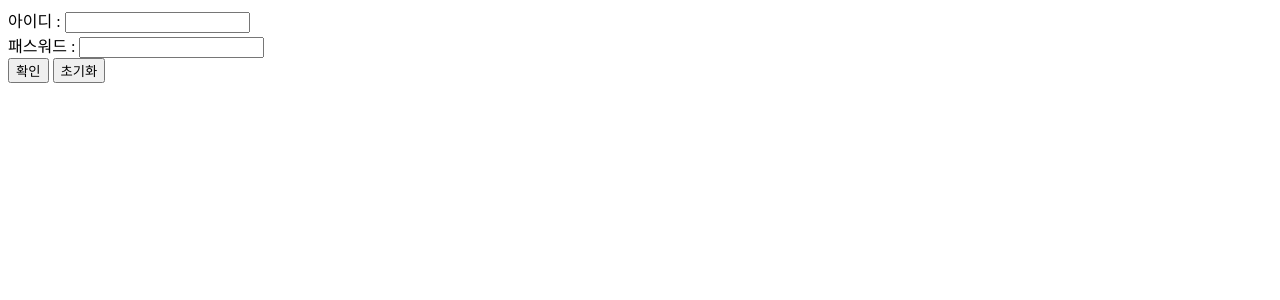
Repository: song-tata/jsp_servlet
Page: chap06/webContants/login.html
These files come from the project's save history. The page is drawn as it stood at one moment and after the next save; the edit follows.
The browser window is 1280 px wide. The pictures show the whole page.

Above is the page before, as saved 2023-05-17 06:28:15.

After the next save:
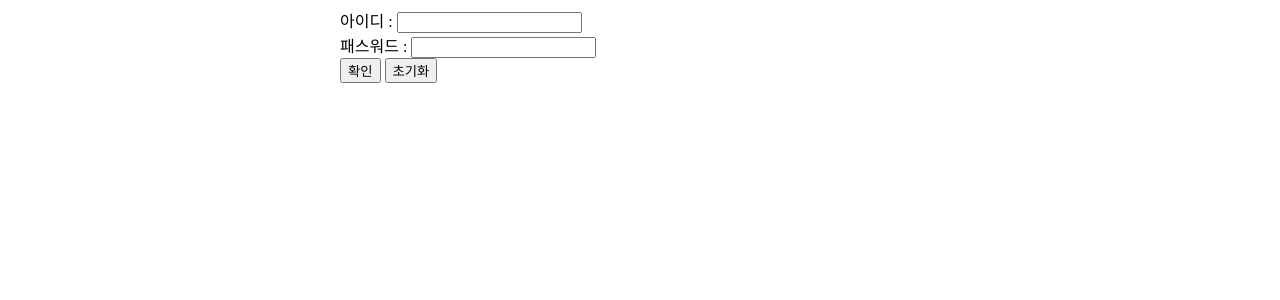
Saved 47 s later.
--- a/chap06/webContants/login.html
+++ b/chap06/webContants/login.html
@@ -4,7 +4,11 @@
 <meta charset="EUC-KR">
 <title>login page</title>
 <style type="text/css">
-.wrap{}
+.wrap{
+	width: 600px;
+	height: 200px;
+	margin: auto;
+}
 </style>
 </head>
 <body>
